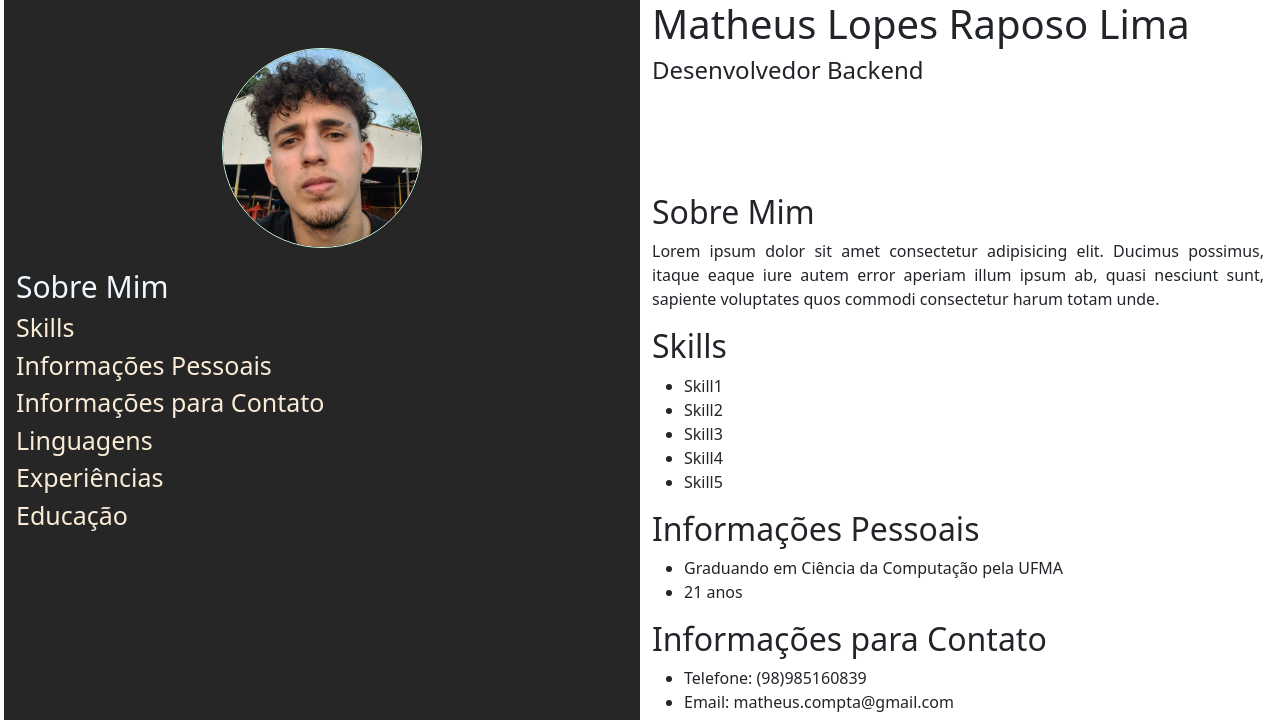
Repository: MaatheusRaposo/Curriculo_Web
Page: index.html
The author's editor kept a copy of each file at every save. The page is drawn from the files as they stood at one save, then again after the next save.
The browser window is 1280 px wide. The pictures show the whole page.
The pointer rests on the first visible `a`.
An inner scrolling area shows only its first screen.

Above is the page before, as saved 2026-05-28 01:52:02.

### index.html
<!DOCTYPE html>
<html lang="en">
<head>
    <meta charset="UTF-8">
    <meta name="viewport" content="width=device-width, initial-scale=1.0">
    <title>Curriculo Matheus Raposo</title>
    <link href="https://cdn.jsdelivr.net/npm/bootstrap@5.3.8/dist/css/bootstrap.min.css" rel="stylesheet" integrity="sha384-sRIl4kxILFvY47J16cr9ZwB07vP4J8+LH7qKQnuqkuIAvNWLzeN8tE5YBujZqJLB" crossorigin="anonymous">
    <link rel="stylesheet" href="assets/css/style.css">
</head>
<body>
    <div class="container-fluid px-3">
        <div class="row">
            <div class="col text-light d-flex flex-column" id="coluna-esquerda">
                <div class="d-flex justify-content-center align-items-center pt-5">
                    <img class="foto-perfil position-relative mb-3" src="assets/images/20230725_175129.jpg" alt="">
                </div>
                <div>
                    <a href="#sobreMim">Sobre Mim</a> <br>
                    <a href="#Skills">Skills</a> <br>
                    <a href="#infoPessoal">Informações Pessoais</a> <br>
                    <a href="#infoCtt">Informações para Contato</a> <br>
                    <a href="#linguagens">Linguagens</a> <br>
                    <a href="#exps">Experiências</a> <br>
                    <a href="#edu">Educação</a> <br>
                </div>
            </div>
            <div class="col d-flex flex-column" id="coluna-direita">
                <section>
                    <h1>Matheus Lopes Raposo Lima</h1>
                    <h4>Desenvolvedor Backend</h4>
                </section>
                <div class="d-flex justify-content-center flex-column mt-3 espacamento-classes">
                    <section id="sobreMim">
                        <h2>Sobre Mim</h2>
                        <p>Lorem ipsum dolor sit amet consectetur adipisicing elit. Ducimus possimus, itaque eaque iure autem error aperiam illum ipsum ab, quasi nesciunt sunt, sapiente voluptates quos commodi consectetur harum totam unde.</p>
                    </section>
                    <section  id="Skills">
                        <h2>Skills</h2>
                        <ul>
                            <li>Skill1</li>
                            <li>Skill2</li>
                            <li>Skill3</li>
                            <li>Skill4</li>
                            <li>Skill5</li>
                        </ul>
                    </section>
                    <section id="infoPessoal">
                        <h2>Informações Pessoais</h2>
                        <ul>
                            <li>Graduando em Ciência da Computação pela UFMA</li>
                            <li>21 anos</li>
                        </ul>
                    </section>
                    <section id="infoCtt">
                        <h2>Informações para Contato</h2>
                        <ul>
                            <li>Telefone: (98)985160839</li>
                            <li>Email: matheus.compta@gmail.com</li>
                            <li>Rua seis 30, Vila Sarney Filho I, São José de Ribamar - MA</li>
                        </ul>
                    </section>
                    <section id="linguagens">
                        <h2>Linguagens</h2>
                        <ul>
                            <li>Português</li>
                            <li>Inglês</li>
                        </ul>
                    </section>
                    <section id="exps">
                        <h2>Experiências</h2>
                        <section>
                            <h4>Experiência1</h4>
                            <p>Lorem ipsum dolor sit amet consectetur adipisicing elit. Quo fugit assumenda ipsum veritatis cupiditate illum, dolore iure ad eligendi odio aliquam ipsam molestias mollitia quos, eveniet rem natus, sequi omnis?</p>
                        </section>
                        <section>
                            <h4>Experiencia2</h4>
                            <p>Lorem ipsum dolor, sit amet consectetur adipisicing elit. Pariatur soluta doloribus beatae illum atque, nemo a? Distinctio obcaecati nulla totam! Vero facilis dolorem nobis, asperiores laborum in sed unde nisi.</p>
                        </section>
                        <section>
                            <h4>Experiencia3</h4>
                            <p>Lorem ipsum dolor sit amet consectetur adipisicing elit. Accusantium, error inventore porro iste vero eaque eum exercitationem perferendis. Alias voluptatum officiis, qui fugiat explicabo sed consequatur perspiciatis atque suscipit error.</p>
                        </section>
                    </section>
                    <section id="edu">
                        <h2>Educação</h2>
                        <section>
                            <h4>Formação1</h4>
                        </section>
                        <section>
                            <h4>Formação2</h4>
                        </section>
                    </section>
                </div>
            </div>
        </div>
    </div>

    <script src="https://cdn.jsdelivr.net/npm/bootstrap@5.3.8/dist/js/bootstrap.bundle.min.js" integrity="sha384-FKyoEForCGlyvwx9Hj09JcYn3nv7wiPVlz7YYwJrWVcXK/BmnVDxM+D2scQbITxI" crossorigin="anonymous"></script>
    <script src="app.js"></script>
    <noscript>Voce precisa tivar o JavaScript para ver o curriculo perfeitamente</noscript>
</body>
</html>

### assets/css/style.css
.foto-perfil {
    width: 200px;
    height: 200px;
    border: 1px solid #CEFFE4;
    border-radius: 50%;
    object-fit: cover;
}

#coluna-esquerda {
    background-color: #262626;
}

#coluna-direita {
    overflow-y: auto;
    scroll-behavior: smooth;
    height: 100vh;
}

a {
    text-decoration: none;
    color: antiquewhite;
    font-size: 25px;
}

a:hover {
    font-size: 30px;
    color: aliceblue;
    scroll-behavior: smooth;
}

@media screen and (min-width: 768px) {
    .espacamento-classes {
        margin-top: 100px !important;
    }
}

.espacamento-classes {
    text-align: justify;
}

Loaded but not shown: app.js (no stored copy; drawn as an empty file)

After the next save:
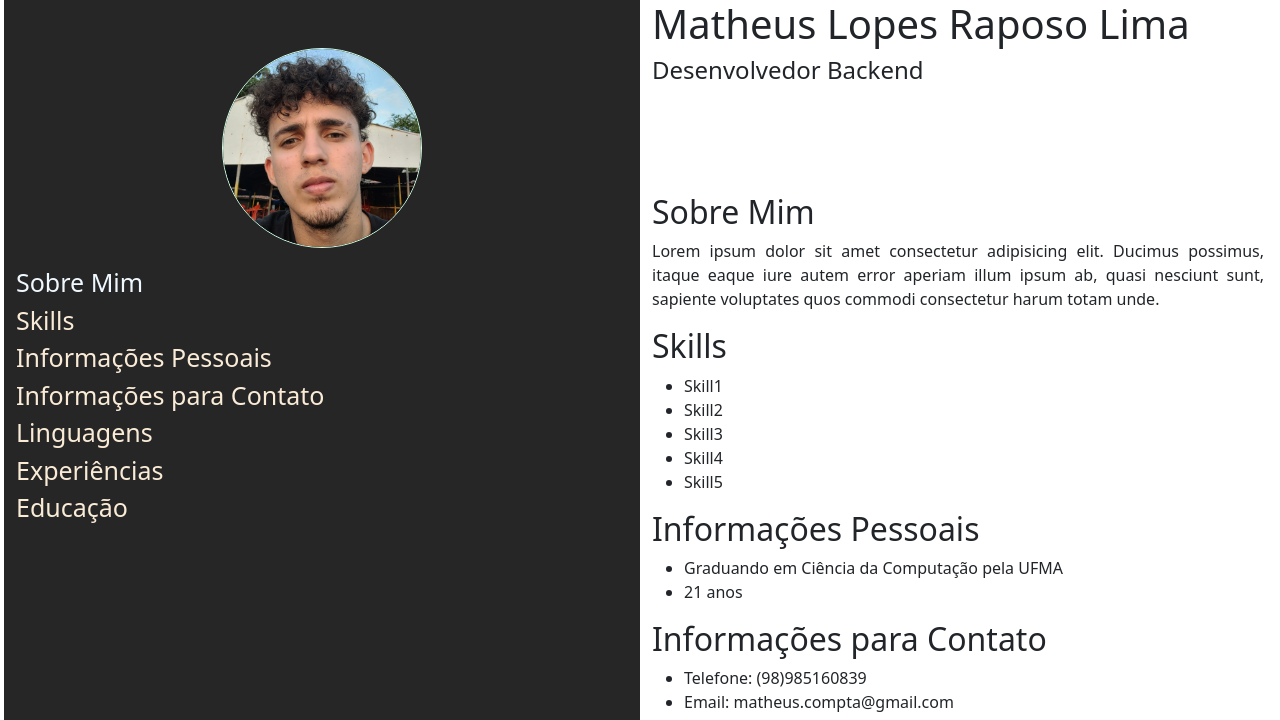
Saved 2 min 27 s later.
--- a/assets/css/style.css
+++ b/assets/css/style.css
@@ -23,9 +23,8 @@
 }
 
 a:hover {
-    font-size: 30px;
     color: aliceblue;
-    scroll-behavior: smooth;
+    transform: scale(2, 0.5);
 }
 
 @media screen and (min-width: 768px) {

After the save that followed:
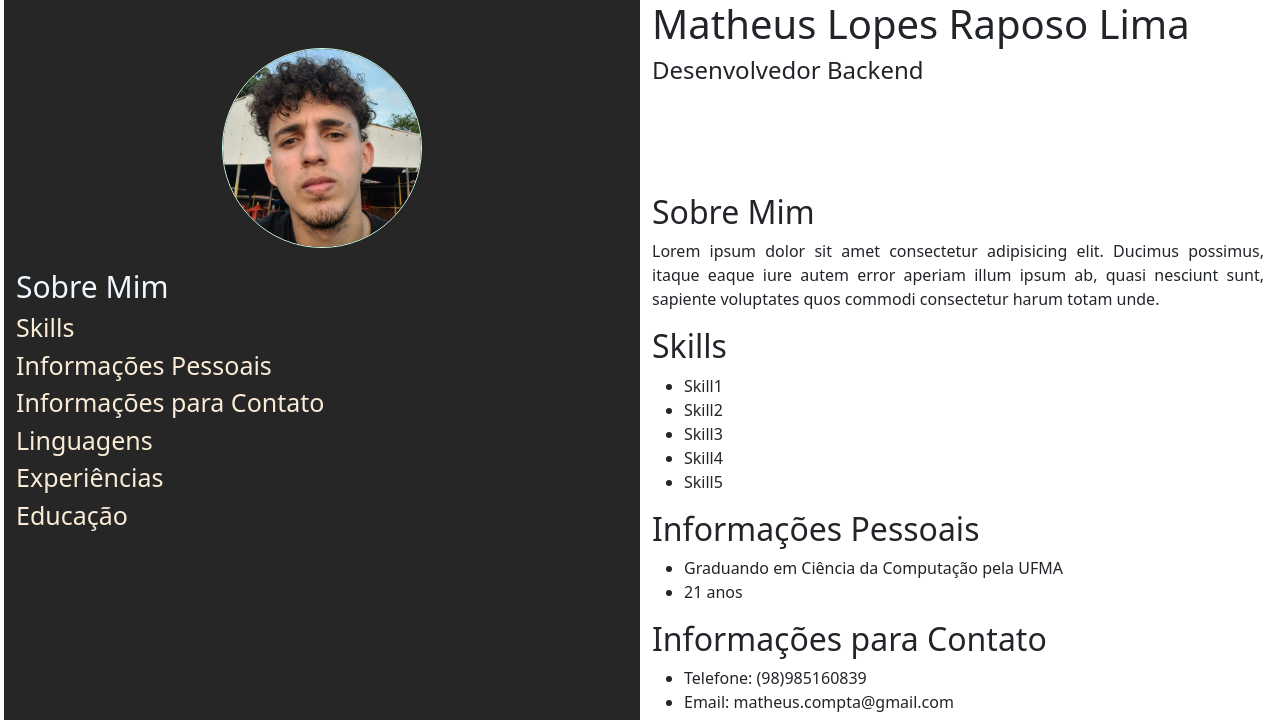
Saved 10 s later.
--- a/assets/css/style.css
+++ b/assets/css/style.css
@@ -23,6 +23,7 @@
 }
 
 a:hover {
+    font-size: 30px;
     color: aliceblue;
     transform: scale(2, 0.5);
 }
